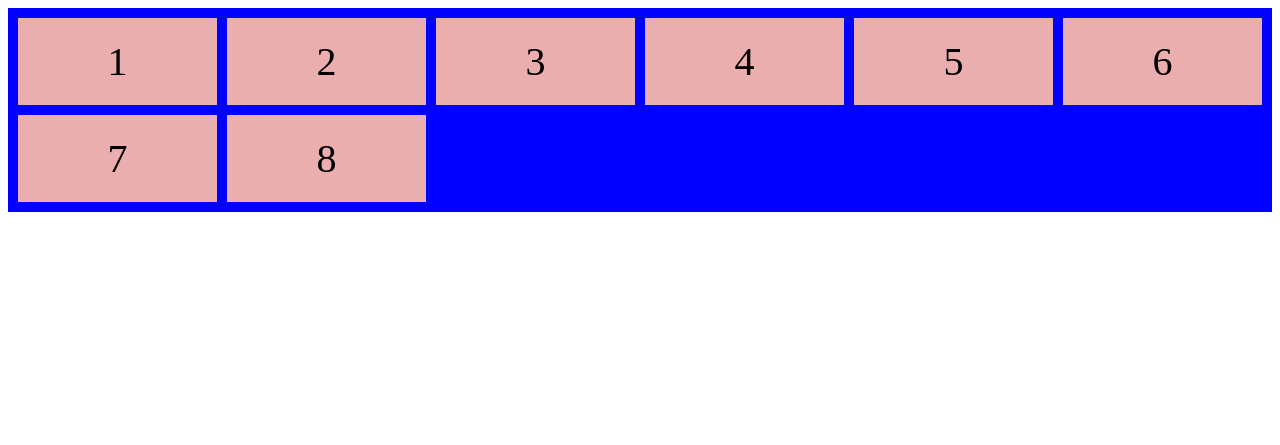
Repository: Thonghehe/Lab2_Web106
Page: Buoi2/index24.html
These files come from the project's save history. The page is drawn as it stood at one moment and after the next save; the edit follows.
The browser window is 1280 px wide. The pictures show the whole page.

Above is the page before, as saved 2024-03-09 17:14:05.

After the next save:
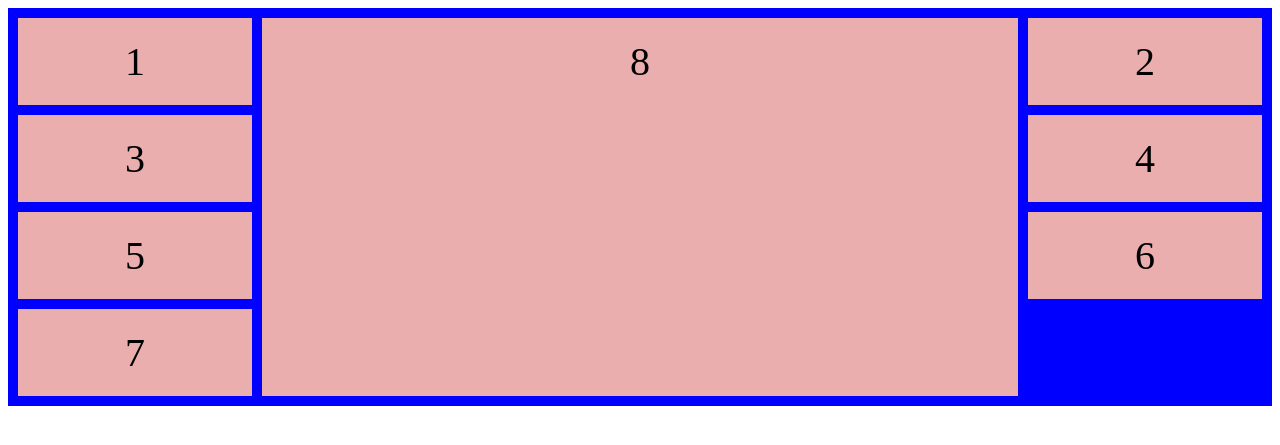
Saved 31 s later.
--- a/Buoi2/index24.html
+++ b/Buoi2/index24.html
@@ -21,7 +21,9 @@
             font-size: 40px;
         }
 
-        .item8 {}
+        .item8 {
+            grid-area: 1 / 2 / 5 / 6;
+        }
     </style>
 </head>
 
